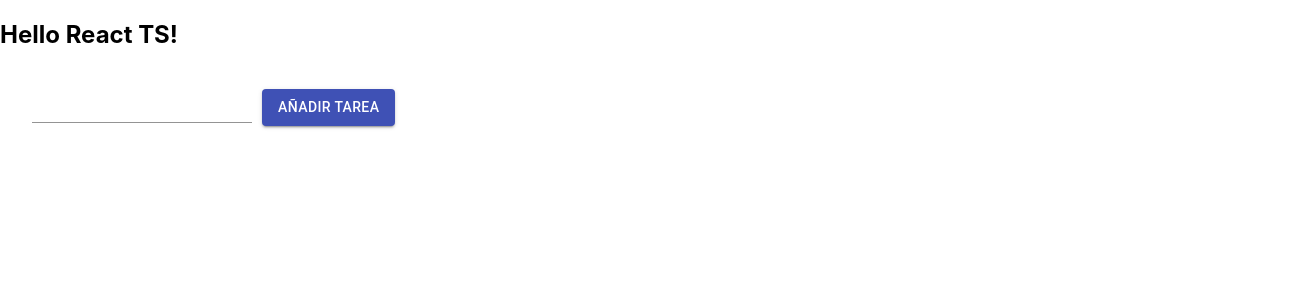
Repository: Salvaaragon/ItemListReact
Page: /
These files come from the project's save history. The page is drawn as it stood at one moment and after the next save; the edit follows.
The browser window is 1280 px wide. The page is 1314 px wide, so the pictures cover 1314 px, including what lies to the right of the window. The pictures show the whole page.
The project was rebuilt for these pictures with package versions that can differ from the ones it lists, and the page was loaded fresh each time. Also part of the build but not shown: src/components/TasksListItem.tsx.

Above is the page before, as saved 2019-08-04 11:32:54.

### src/App.tsx
import React, { Component } from 'react';
import { Task } from './models/task';
import { NewTaskForm } from './components/NewTaskForm';
import { TasksList } from './components/TaskList';

interface State {
	newTask: Task;
	tasks: Task[];
}

class App extends Component<{}, State> {

	private addTask = (event: React.FormEvent<HTMLFormElement>) => {
		event.preventDefault();

		this.setState(previousState => ({
			newTask: {
				id: previousState.newTask.id + 1,
				name: ""
			},
			tasks: [...previousState.tasks, previousState.newTask]
		}));
	};

	private handleTaskChange = (event: React.ChangeEvent<HTMLInputElement>) => {
		this.setState({
			newTask: {
				...this.state.newTask,
				name: event.target.value
			}
		});
	};

	private deleteTask = (taskToDelete: Task) => {
		this.setState(previousState => ({
			tasks: [
				...previousState.tasks.filter(task => task.id !== taskToDelete.id)
			]
		}));
	};


	state = {
		newTask: {
			id: 1,
			name: ""
		},
		tasks: []
	}

	render() {
		return(
			<div>
				<h2>Hello React TS!</h2>
				<NewTaskForm
					task={this.state.newTask}
					onAdd={this.addTask}
					onChange={this.handleTaskChange}
				/>
				<TasksList tasks={this.state.tasks} onDelete={this.deleteTask}/>
			</div>
		)
	}
}

export default App;

### src/components/NewTaskForm.tsx
import React, { FunctionComponent } from "react";
import { Task } from "../models/task";
import ReactDOM from 'react-dom';
import Button from '@material-ui/core/Button';
import Input from '@material-ui/core/Input';
import Grid from '@material-ui/core/Grid';

var myStyle = {
    margin: "10px",
};

interface Props {
    onChange: (event: React.ChangeEvent<HTMLInputElement>) => void;
    onAdd: (event: React.FormEvent<HTMLFormElement>) => void;
    task: Task;
}

export const NewTaskForm: FunctionComponent<Props> = ({
    onChange,
    onAdd,
    task,
}) => (
    <Grid container spacing={3} style={myStyle}>
        <Grid item xs>
        <form onSubmit={onAdd}>
            <Input onChange={onChange} value={task.name} style={myStyle}/>
            <Button variant="contained" color="primary" type="submit">Añadir tarea</Button>
        </form>
        </Grid>
    </Grid>
);

### src/components/TaskList.tsx
import React, { FunctionComponent } from "react";

import { Task } from "../models/task";
import { TaskListItem } from "./TasksListItem";

interface Props {
  tasks: Task[];
  onDelete: (task: Task) => void;
}

export const TasksList: FunctionComponent<Props> = ({ tasks, onDelete }) => (
  <ul>
    {tasks.map(task => (
      <TaskListItem task={task} onDelete={onDelete} />
    ))}
  </ul>
);

Loaded but not shown: public/index.html (common file); src/index.tsx (common file); src/index.css (common file); src/serviceWorker.ts (common file)

After the next save:
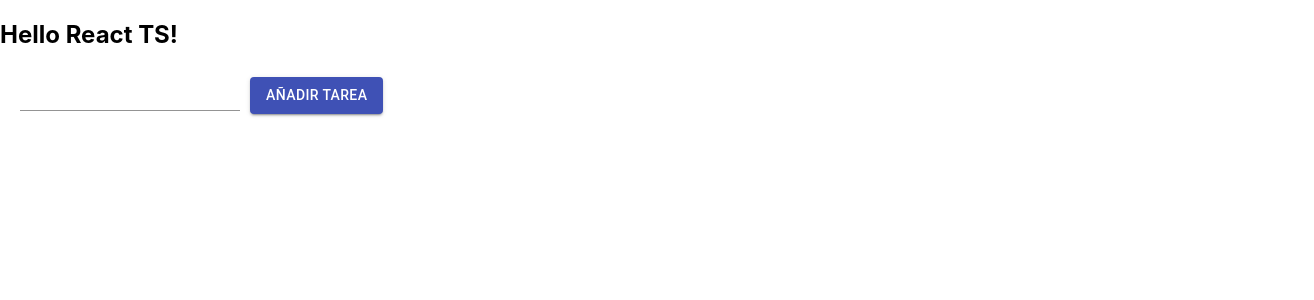
Saved 6 s later.
--- a/src/components/NewTaskForm.tsx
+++ b/src/components/NewTaskForm.tsx
@@ -21,11 +21,9 @@ export const NewTaskForm: FunctionComponent<Props> = ({
     task,
 }) => (
     <Grid container spacing={3} style={myStyle}>
-        <Grid item xs>
         <form onSubmit={onAdd}>
             <Input onChange={onChange} value={task.name} style={myStyle}/>
             <Button variant="contained" color="primary" type="submit">Añadir tarea</Button>
         </form>
-        </Grid>
     </Grid>
 );
